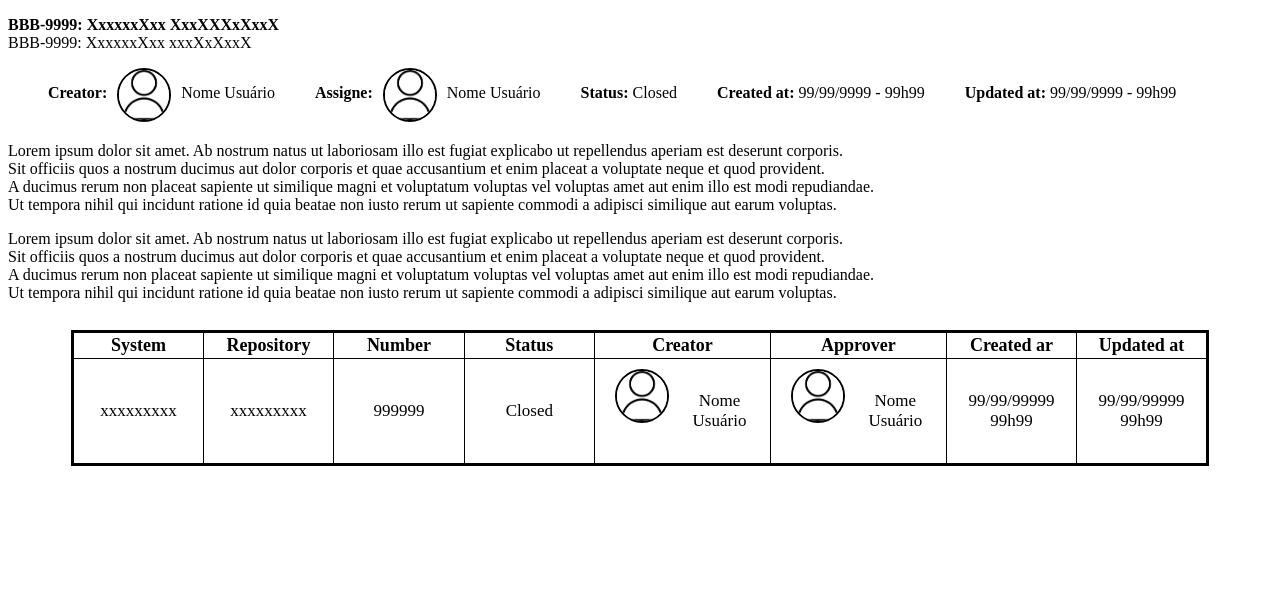
Repository: AnaBerlanda/PaginaFer
Page: index.html
An editor plug-in stored every save of this project. The page is shown before and after the next save, followed by the edit.
The browser window is 1280 px wide. The pictures show the whole page.

Above is the page before, as saved 2022-05-23 16:04:11.

### index.html
<!DOCTYPE html>
<html lang="en">
<head>
    <meta charset="UTF-8">
    <meta http-equiv="X-UA-Compatible" content="IE=edge">
    <meta name="viewport" content="width=device-width, initial-scale=1.0">
    <link type="text/css" rel="stylesheet" href="index.css">
    <title>Release</title>
</head>
<body>
    <p>
        <strong>BBB-9999: XxxxxxXxx XxxXXXxXxxX</strong><br>
        BBB-9999: XxxxxxXxx xxxXxXxxX
    </p>
    <div class="container">
        <div class="textos">
        <p class="sub-titulos"><strong>Creator:</strong></p>
        </div>
        <div class="imagem">
            <img src="imagem/Icone-usuario-Png-1024x1024.png">
        </div>
        <div class="nome-usuario">
            <p>Nome Usuário</p>
        </div>
        <div class="textos">
            <p class="sub-titulos"><strong>Assigne:</strong></p>
        </div>
            <div class="imagem">
                <img src="imagem/Icone-usuario-Png-1024x1024.png">
            </div>
            <div class="nome-usuario">
                <p>Nome Usuário</p>
            </div>
        <div class="textos">
            <p class="sub-titulos"><strong>Status:</strong> Closed</p>
        </div>
        <div class="textos">
            <p class="sub-titulos"><strong>Created at:</strong> 99/99/9999 - 99h99</p>
        </div>
        <div class="textos">
            <p class="sub-titulos"><strong>Updated at:</strong> 99/99/9999 - 99h99</p>
        </div>
    </div>
    <p>
        Lorem ipsum dolor sit amet. Ab nostrum natus ut laboriosam illo est fugiat explicabo ut repellendus aperiam est deserunt corporis.<br> Sit officiis quos a nostrum ducimus aut dolor corporis et quae accusantium et enim placeat a voluptate neque et quod provident.<br> A ducimus rerum non placeat sapiente ut similique magni et voluptatum voluptas vel voluptas amet aut enim illo est modi repudiandae.<br> Ut tempora nihil qui incidunt ratione id quia beatae non iusto rerum ut sapiente commodi a adipisci similique aut earum voluptas.
    </p>
    <p>
        Lorem ipsum dolor sit amet. Ab nostrum natus ut laboriosam illo est fugiat explicabo ut repellendus aperiam est deserunt corporis.<br> Sit officiis quos a nostrum ducimus aut dolor corporis et quae accusantium et enim placeat a voluptate neque et quod provident.<br> A ducimus rerum non placeat sapiente ut similique magni et voluptatum voluptas vel voluptas amet aut enim illo est modi repudiandae.<br> Ut tempora nihil qui incidunt ratione id quia beatae non iusto rerum ut sapiente commodi a adipisci similique aut earum voluptas.
    </p>
    <table class="tabela">
        <tr>
            <th>System</th>
            <th>Repository</th>
            <th>Number</th>
            <th>Status</th>
            <th>Creator</th>
            <th>Approver</th>
            <th>Created ar</th>
            <th>Updated at</th>
        </tr>
        <tr>
            <td>xxxxxxxxx</td>
            <td>xxxxxxxxx</td>
            <td>999999</td>
            <td>Closed</td>
            <td>
                <div class="tabela-imagem">
                    <div class="imagem">
                    <img src="imagem/Icone-usuario-Png-1024x1024.png">
                    </div>
                <div class="textos">
                    <p class="nome">Nome Usuário</p>
                </div>
                </div>
            </td>
            <td>
                <div class="tabela-imagem">
                    <div class="imagem">
                    <img src="imagem/Icone-usuario-Png-1024x1024.png">
                    </div>
                <div class="textos">
                    <p class="nome">Nome Usuário</p>
                </div>
                </div>
            </td>
            <td>99/99/99999 99h99</td>
            <td>99/99/99999 99h99</td>
        </tr>















</body>
</html>

### index.css
.container{
    display: flex;

}
.imagem img{
    width: 50px;
    height: 50px;
    border-radius: 50%;
    border: 2px solid black;
    margin-left: 10px;
}
.textos{
    margin-left: 40px;
}
.nome-usuario{
    margin-left: 10px;
}
.main-container{
    display: flex;
    justify-content: space-around;
    gap: 10px;
}
table {
    border-collapse: collapse;
    border: 3px solid black;
    width: 90%;
    margin: 28px auto;
    border-radius: 2%;
}
table th{
    border: 1px solid black;
    color:black;
    font-size: 18px;
    padding: 2px;

}
table td {
    text-align: center;
    border: 1px solid black;
    color: black;
    font-size: 17px;
    width: 10%;
    padding: 5px;
}
.tabela-imagem{
    display:flex
}
.tabela-imagem .textos{
    margin: 10px;
}
.tabela-imagem .imagem{
    margin: 5px;
}

After the next save:
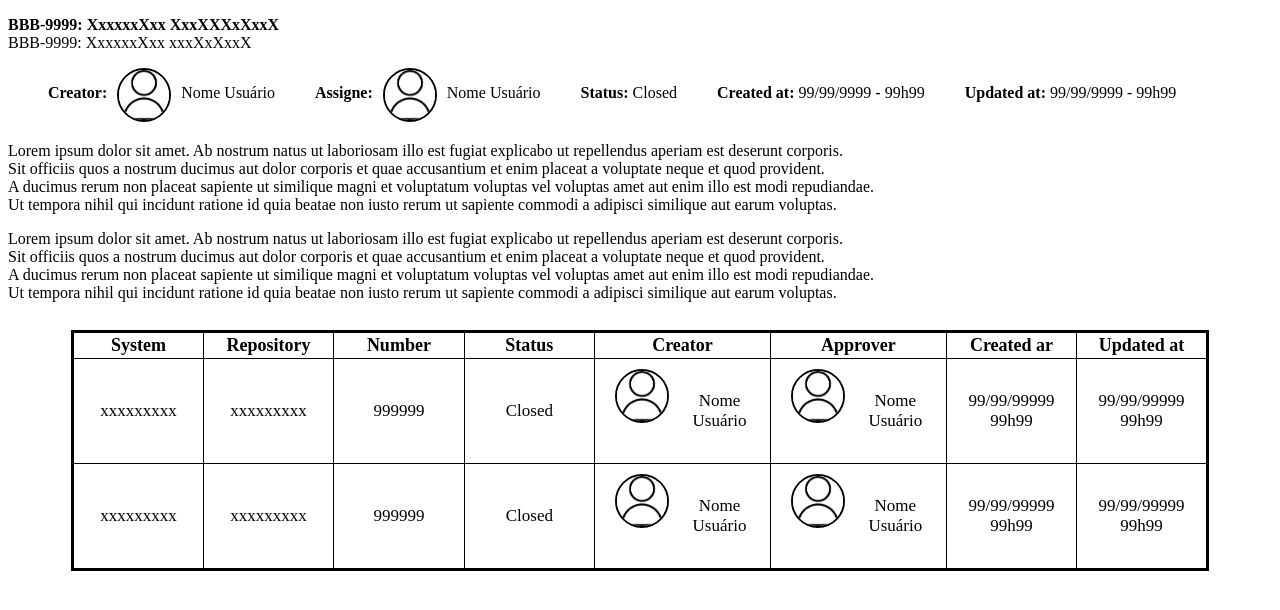
Saved 13 s later.
--- a/index.html
+++ b/index.html
@@ -86,6 +86,34 @@
             <td>99/99/99999 99h99</td>
             <td>99/99/99999 99h99</td>
         </tr>
+        <tr>
+            <td>xxxxxxxxx</td>
+            <td>xxxxxxxxx</td>
+            <td>999999</td>
+            <td>Closed</td>
+            <td>
+                <div class="tabela-imagem">
+                    <div class="imagem">
+                    <img src="imagem/Icone-usuario-Png-1024x1024.png">
+                    </div>
+                <div class="textos">
+                    <p class="nome">Nome Usuário</p>
+                </div>
+                </div>
+            </td>
+            <td>
+                <div class="tabela-imagem">
+                    <div class="imagem">
+                    <img src="imagem/Icone-usuario-Png-1024x1024.png">
+                    </div>
+                <div class="textos">
+                    <p class="nome">Nome Usuário</p>
+                </div>
+                </div>
+            </td>
+            <td>99/99/99999 99h99</td>
+            <td>99/99/99999 99h99</td>
+        </tr>
 
 
 
